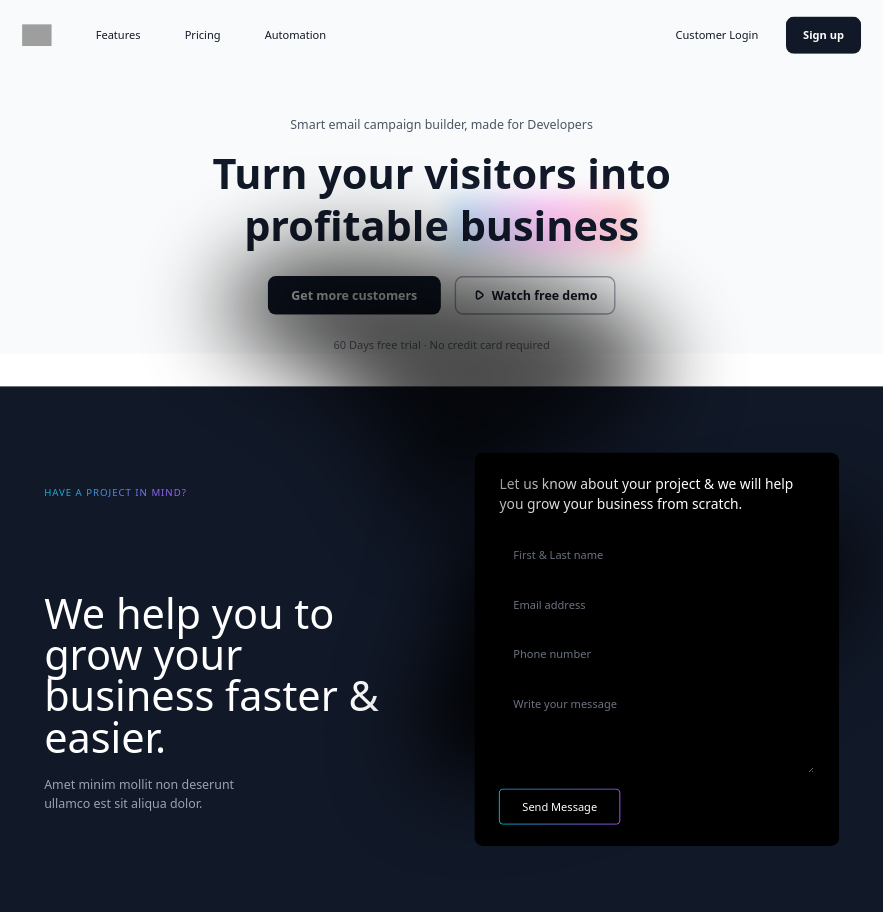
Repository: ornelasedward/mired_website
Page: /
An editor plug-in stored every save of this project. The page is shown before and after a run of saves, followed by the edit.
The browser window is 1280 px wide. The pictures show the whole page, at 69% of full size.
Pictures or frames that could not be fetched are drawn as grey boxes. The project was rebuilt for these pictures with package versions that can differ from the ones it lists, and the page was loaded fresh each time. The framework's server and built-in components were replaced by stand-ins that run in the browser. Also part of the build but not shown: next.config.js.

Above is the page before, as saved 2023-03-25 20:53:44.

After the next 5 saves:
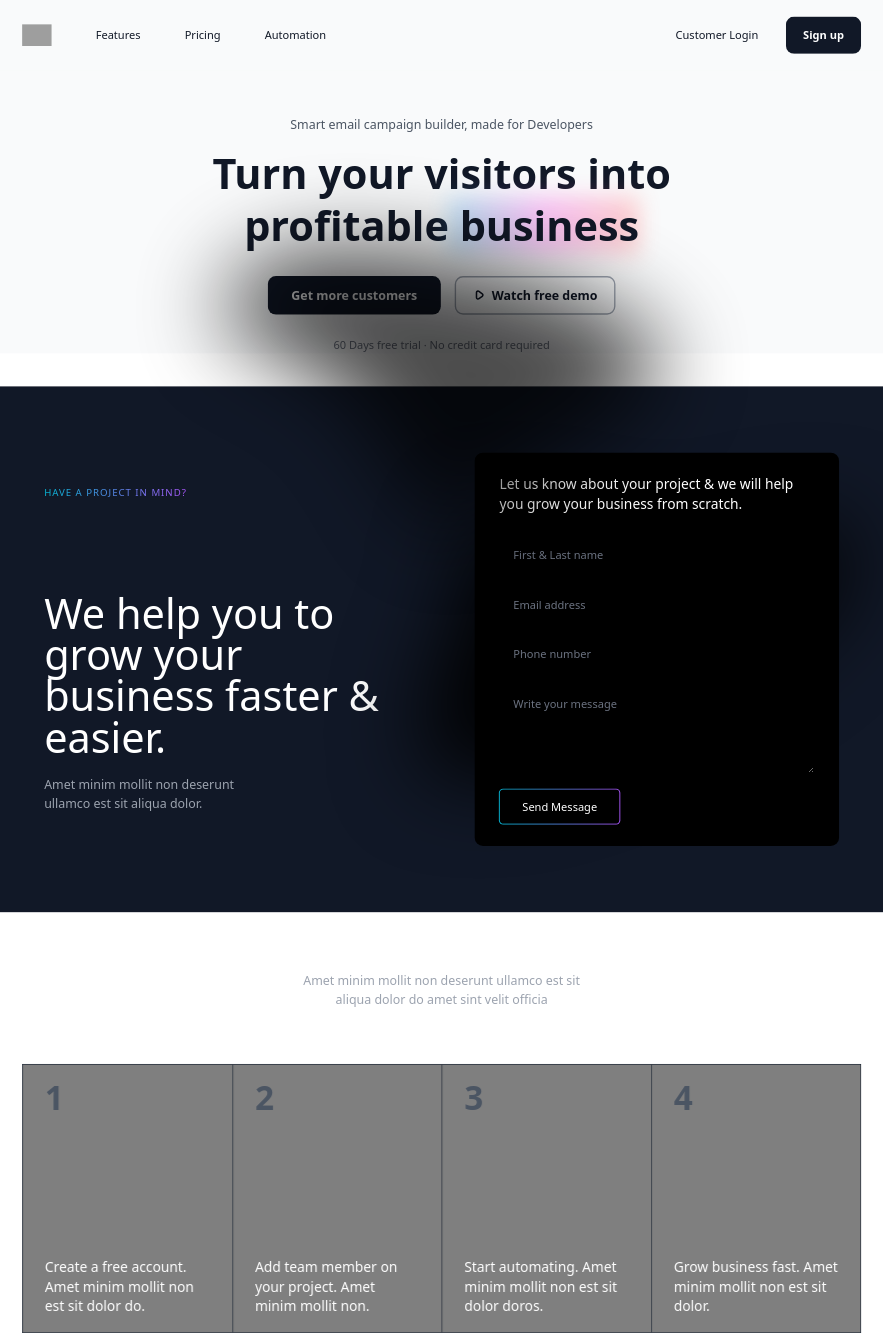
The 5 saves are shown as one change because 3 did not build or start and some came seconds apart.
The last was saved 83 s later.
--- a/components/Services.tsx
+++ b/components/Services.tsx
@@ -1,4 +1,4 @@
-import React from "react";
+import Image from "next/image";
 
 export default function Services() {
   return (
@@ -37,6 +37,60 @@
           </defs>
         </svg>
       </div>
+
+      <div className="absolute inset-0">
+        {/* <Image className="object-cover w-full h-full opacity-50" src="https://landingfoliocom.imgix.net/store/collection/dusk/images/noise.png" alt="" width="100" height="100"> */}
+      </div>
+
+      <div className="relative px-4 mx-auto sm:px-6 lg:px-8 max-w-7xl">
+        <div className="max-w-md mx-auto text-center">
+          <h2 className="text-3xl font-normal text-white sm:text-4xl lg:text-5xl xl:text-6xl">
+            3 simple steps
+          </h2>
+          <p className="mt-6 text-lg font-normal text-gray-400">
+            Amet minim mollit non deserunt ullamco est sit aliqua dolor do amet
+            sint velit officia
+          </p>
+        </div>
+
+        <div className="grid grid-cols-1 mt-12 bg-black bg-opacity-50 border border-gray-800 sm:grid-cols-2 lg:grid-cols-4 sm:mt-16 lg:mt-20 backdrop-blur-lg">
+          <div className="">
+            <div className="p-6 sm:px-8">
+              <p className="text-5xl font-semibold text-gray-600">1</p>
+              <p className="mt-12 text-xl font-normal text-white lg:mt-32 xl:mt-52">
+                Create a free account. Amet minim mollit non est sit dolor do.
+              </p>
+            </div>
+          </div>
+
+          <div className="border-t border-gray-800 sm:border-t-0 sm:border-l">
+            <div className="p-6 sm:px-8">
+              <p className="text-5xl font-semibold text-gray-600">2</p>
+              <p className="mt-12 text-xl font-normal text-white lg:mt-32 xl:mt-52">
+                Add team member on your project. Amet minim mollit non.
+              </p>
+            </div>
+          </div>
+
+          <div className="border-t border-gray-800 lg:border-t-0 lg:border-l">
+            <div className="p-6 sm:px-8">
+              <p className="text-5xl font-semibold text-gray-600">3</p>
+              <p className="mt-12 text-xl font-normal text-white lg:mt-32 xl:mt-52">
+                Start automating. Amet minim mollit non est sit dolor doros.
+              </p>
+            </div>
+          </div>
+
+          <div className="border-t border-l border-gray-800 lg:border-t-0">
+            <div className="p-6 sm:px-8">
+              <p className="text-5xl font-semibold text-gray-600">4</p>
+              <p className="mt-12 text-xl font-normal text-white lg:mt-32 xl:mt-52">
+                Grow business fast. Amet minim mollit non est sit dolor.
+              </p>
+            </div>
+          </div>
+        </div>
+      </div>
     </div>
   );
 }
